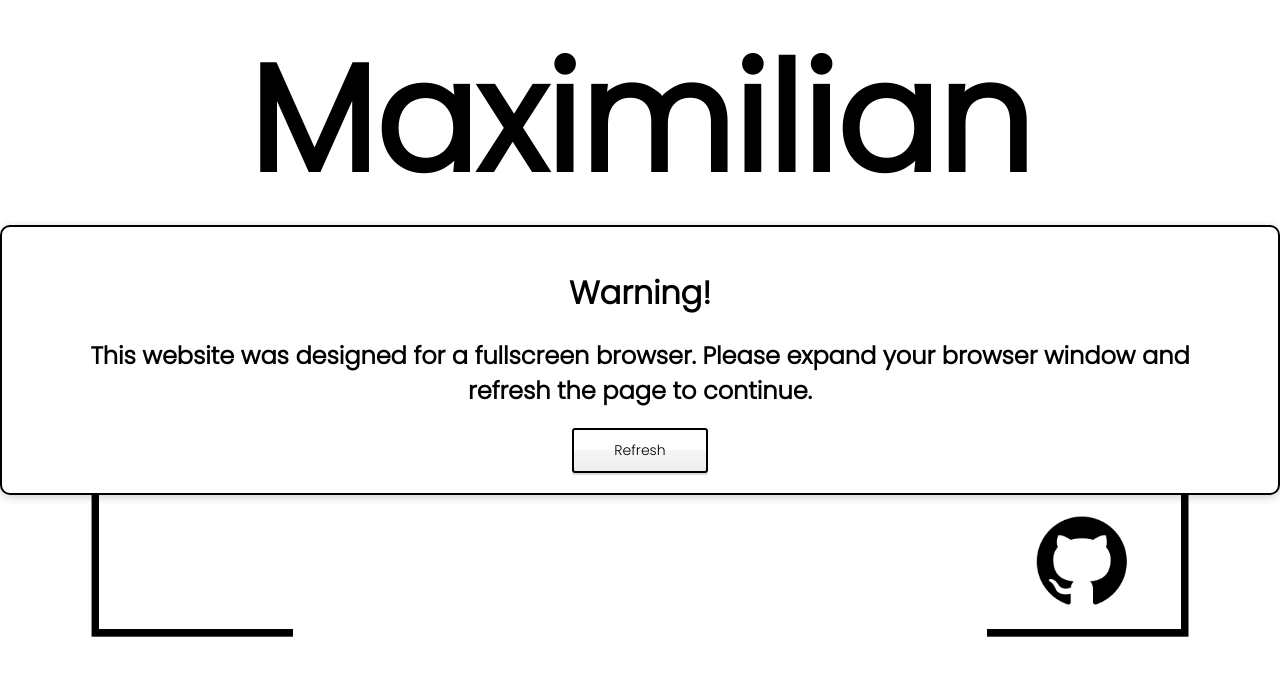
Repository: notMaximilian/maximilianaquino.github.io
Page: index.html
These files come from the project's save history. The page is drawn as it stood at one moment and after the next save; the edit follows.
The browser window is 1280 px wide. The pictures show the whole page.

Above is the page before, as saved 2022-02-04 10:27:13.
Console error: TypeError: Cannot read properties of null (reading 'style')

### index.html
<!DOCTYPE html>
<html lang="en">

<head>
  <meta charset="UTF-8">
  <meta name="viewport" content="width=device-width, initial-scale=1, user-scaleable=no">
  <title>Max Aquino</title>
  <link rel="preconnect" href="https://fonts.googleapis.com">
  <link rel="preconnect" href="https://fonts.gstatic.com" crossorigin>
  <link href="https://fonts.googleapis.com/css2?family=Poppins:wght@300&display=swap" rel="stylesheet">
  <link rel="stylesheet" href="css/main.css">
</head>

<body>

  <div class="intro">
    <h1 class="name-header">
      <span class="name">Max</span><span class="name">imilian</span>
    </h1>
  </div>


  </div>


  <div class="wrap">
    <div class="game-wrapper">
      <div class="game"></div>

      <h1 id="max">Maximilian</h1>
      <img class="icon" id="twitter" src="img/twitter.png">
      <img class="icon" id="github" src="img/github.png">
      <img class="corners" id="cornerL" src="img/corner-test.png">
      <img class="corners" id="cornerR" src="img/cornerR.png">


      <div class="congratulations">
        <h1>Warning!</h1>
        <h2>This website was designed for a fullscreen browser. Please expand your browser window and refresh the page to continue. </h2>
        <button class="btn" onclick="window.location.reload()">Refresh</button>
      </div>
      <div class="game-over">
        <h1>GAME OVER</h1>
        <h2>You lost the game</h2>
        <button class="btn" onclick="window.location.reload()">Restart</button>
      </div>
    </div>
  </div>

  <!-- Maximilian Fade in and out -->


  <script src="js/app.js"></script>
  <!-- <script src="js/game.js"></script> -->
</body>

</html>

### css/main.css
html,
body {
  height: 100%;
  overflow: hidden;
}

body {
  margin: 0;
  font: 16px sans-serif;
}

.wrap {
  display: flex;
  flex-direction: column;
  height: 100%;
}


.game-wrapper {
  flex: 1;
  display: flex;
  justify-content: center;
  align-items: center;
  background: #ffffff;
}
.game {
  width: 100%;
  height: 100%;

  box-shadow: 0 2px 10px black;
  position: absolute;
}

@keyframes scroll-background {
  from {
    background-position-y: 0px;
  }
  to {
    background-position-y: 256px;
  }
}

.game .enemy {
  position: absolute;
  margin-left: -20px;
  margin-top: -18px;
  width: 40px;
}

.game .player {
  position: absolute;
  margin-left: -20px;
  width: 40px;
}

.game .laser {
  position: absolute;
  margin-left: -2.5px;
  height: 30px;
}

.game .enemy-laser {
  position: absolute;
  margin-left: -2.5px;
  height: 30px;
}

.congratulations {
  display: none;
  position: absolute;
  background: #ffffff;
  color: black;
  padding: 20px 50px;
  box-shadow: 0 2px 10px rgba(0, 0, 0, 0.2);
  border: 2px solid black;
  border-radius: 10px;
  text-align: center;
  animation: pop-in 1s;
  font-family: "Poppins", sans-serif;
}

.game-over {
  display: none;
  position: absolute;
  background: #6b1818;
  color: white;
  padding: 20px 50px;
  box-shadow: 0 2px 10px rgba(0, 0, 0, 0.2);
  border-radius: 10px;
  text-align: center;
  animation: pop-in 1s;
}

.btn {
  border: 2px solid black;
  border-radius: 3px;
  box-shadow: 0 2px rgba(0, 0, 0, 0.15);
  background: linear-gradient(
    to bottom,
    #fff 0%,
    #fff 49%,
    #f5f5f5 50%,
    #eee 100%
  );
  padding: 10px 40px;
  font-family: "Poppins", sans-serif;
  font-size: 14px;
}
@keyframes pop-in {
  0% {
    opacity: 0;
    transform: translate(0, -100px);
  }
  10% {
    opacity: 1;
  }
  50% {
    transform: translate(0, 30px);
  }
  100% {
    transform: translate(0, 0);
  }
}

.intro{
  position: fixed;
  z-index: 1;
  left: 0;
  top: 0;
  width: 100%;
  height: 100vh;
  background-color: black;
  transition: 1s;
}

.name-header{
  position: absolute;
  top: 40%;
  left: 50%;
  transform: translate(-50%, -50%);
  color: #ffffff;
}

.intro h1{
  font-family: "Poppins", sans-serif;
  font-size: 80px;
  margin: 0;
  padding: 0;
}

.name{
  position: relative;
  display: inline-block;
  bottom: -20px;
  opacity: 0;
}

.name.active{
  bottom: 0;
  opacity: 1;
  transition: ease-in-out 0.5s;
}

.name.fade{
  bottom: 150px;
  opacity: 0;
  transition: ease-in-out 0.5s;
}

.corners{
  position: absolute;
  width: 16vw;
}

#cornerL{
  transform: translate(-35vw, 23vh);
}
#cornerR{
  transform: translate(35vw, 23vh);
}
#max{
  position: absolute;
  top:-13vh;
  font-family: "Poppins", sans-serif;
  font-size: 150px;
}

#github{
  width: 7vw;
  transform: translate(31vw, 28vh);
}
#twitter{
  width: 7vw;
}

### js/app.js
const KEY_CODE_LEFT = 37;
const KEY_CODE_RIGHT = 39;
const KEY_CODE_SPACE = 32;
let inverted = false;
const WINDOW_WIDTH = window.innerWidth - 50;
const WINDOW_HEIGHT = window.innerHeight;

const ROCKET_WIDTH = 20;
const ROCKET_MAX_SPEED = 300.0;
const LASER_MAX_SPEED = 600.0;
const LASER_COOLDOWN = 0.5;
let rocketSpawn = false;
const HEADERS_PER_ROW = 10;
const HEADER_HORIZONTAL_PADDING = 80;
const HEADER_VERTICAL_PADDING = 70;
const HEADER_VERTICAL_SPACING = 80;
const HEADER_COOLDOWN = 5.0;


const WINDOW_STATE = {
    lastTime: Date.now(),
    leftPressed: false,
    rightPressed: false,
    spacePressed: false,
    rocketX: WINDOW_WIDTH / 2,
    rocketY: WINDOW_HEIGHT - 300,
    rocketCooldown: 0,
    lasers: [],
    headers: [],
    headerLasers: [],
    fullscreen: false
  };

function setSize($element, width){
    $element.style.width = `${width}vw`;
    $element.style.height = "auto";
  }

function setPosition(el, x, y) {
    if(el == null){console.log('NULL')
    return;}
    el.style.transform = `translate(${x}px, ${y}px)`;
}

function setHeaderPosition(el, x, y) {
  if(el == null){console.log('NULL')
  return;}
  el.style.transform = `translate(${x}vw, ${y}vh)`;
}

// create user controlled rocket for selecting header elements
function createRocket($container) {
    rocketSpawn = true;
    const $rocket = document.createElement("img");
    if(inverted == true){$rocket.src = "img/rocket-inverted.png";}
    else{$rocket.src = "img/rocket.png";}
    $rocket.className = "rocket";
    if (WINDOW_WIDTH + 50 == 1920){
      setSize($rocket,9)
    }
    else{
      setSize($rocket, 7)
    }

    WINDOW_STATE.rocketY = 440;
    $container.appendChild($rocket);
}

function destroyRocket($container, rocket) {
    rocketSpawn = false;
    $container.removeChild(rocket);
    WINDOW_STATE.finalState = true;
    const audio = new Audio("sound/sfx-lose.ogg");
    audio.play();
}

function sleep(milliseconds) {
  var start = new Date().getTime();
  for (var i = 0; i < 1e7; i++) {
    if ((new Date().getTime() - start) > milliseconds){
      break;
    }
  }
}


function rectsIntersect(r1, r2) {
    return !(
        r2.left > r1.right ||
        r2.right < r1.left ||
        r2.top > r1.bottom ||
        r2.bottom < r1.top
    );
}



function clamp(v, min, max) {
    if (v < min) {
      return min;
    } else if (v > max) {
      return max;
    } else {
      return v;
    }
}

function rand(min, max) {
    // if (min === undefined) min = 0;
    // if (max === undefined) max = 1;
    // return min + Math.random() * (max - min);
  }

  function updateRocket(dt, $container) {
    if (WINDOW_STATE.leftPressed) {
      WINDOW_STATE.rocketX -= dt * ROCKET_MAX_SPEED;
    }
    if (WINDOW_STATE.rightPressed) {
      WINDOW_STATE.rocketX += dt * ROCKET_MAX_SPEED;
    }



    WINDOW_STATE.rocketX = clamp(
      WINDOW_STATE.rocketX,
      ROCKET_WIDTH,
      WINDOW_WIDTH - ROCKET_WIDTH
    );


    if (WINDOW_STATE.spacePressed && WINDOW_STATE.rocketCooldown <= 0) {
      createLaser($container, WINDOW_STATE.rocketX - 79,  WINDOW_STATE.rocketY-20);
      console.log(WINDOW_STATE.rocketX)
      WINDOW_STATE.rocketCooldown = LASER_COOLDOWN;
    }
    if (WINDOW_STATE.rocketCooldown > 0) {
      WINDOW_STATE.rocketCooldown -= dt;
    }

    const rocket = document.querySelector(".rocket");
    if(rocket == null){return;}
    setPosition(rocket, WINDOW_STATE.rocketX, WINDOW_STATE.rocketY + 200);
  }

  function createLaser($container, x, y) {
    if(rocketSpawn == false) {return;}
    const $element = document.createElement("img");
    console.log($element)
    if(inverted == true){$element.src="img/laser-inverted.png"}
    else{$element.src = "img/laser.png";}
    $element.className = "laser";
    $element.style.position = "absolute"
    $container.appendChild($element);
    const laser = { x, y, $element };
    WINDOW_STATE.lasers.push(laser);
    const audio = new Audio("sound/sfx-laser1.ogg");
    audio.play();
    setPosition($element, x, y);
  }

  function destroyHeader($container, header) {
    $container.removeChild(header.$element);
    header.isDead = true;
  }

  function destroyAll($container){
    const background = document.querySelector(".game-wrapper");
    background.style.background = 'white';
    const headers = WINDOW_STATE.headers;
    for (let x = 0; x < headers.length; x++){
      let head = headers[x];
      if (head.dead == true){continue}
      head.$element.style.opacity = 0;
      head.$element.style.transition = 'ease-in-out 0.5s';
      destroyHeader($container, head)
    }
    // destroyLaser($container, laser);
    const rocket = document.querySelector('.rocket')
    rocket.style.opacity = 0;
    rocket.style.transition = 'ease-in-out 0.5s'
    destroyRocket($container, rocket)
    WINDOW_STATE.lasers = WINDOW_STATE.lasers.filter(e => !e.isDead);
  }

  function updateLasers(dt, $container) {
    if(rocketSpawn == false) {return;}
    const lasers = WINDOW_STATE.lasers;
    for (let i = 0; i < lasers.length; i++) {
      const laser = lasers[i];
      laser.y -= dt * LASER_MAX_SPEED;
      if (laser.y < 0) {
        destroyLaser($container, laser);
      }
      setPosition(laser.$element, laser.x, laser.y);
      const r1 = laser.$element.getBoundingClientRect();
      const headers = WINDOW_STATE.headers;
      for (let j = 0; j < headers.length; j++) {
        const header = headers[j];
        if (header.isDead) continue;
        const r2 = header.$element.getBoundingClientRect();
        if (rectsIntersect(r1, r2)) {
          if (header.name == 'more' || header.name == 'back'){

              for (let x = 0; x < headers.length; x++){
              let head = headers[x];
              if (head.dead == true){continue}
              head.$element.style.opacity = 0;
              head.$element.style.transition = 'ease-in-out 0.5s';
              destroyHeader($container, head)
            }
            destroyLaser($container, laser);

            const rocket = document.querySelector('.rocket')
            rocket.style.opacity = 0;
            rocket.style.transition = 'ease-in-out 0.5s'
            destroyRocket($container, rocket)

            console.log(inverted)
            if(inverted == false){
              setTimeout(()=>{
                initInvert($container)
              },10)
            }
            else{
              setTimeout(()=>{
                init()
              },10)
            }
            WINDOW_STATE.lasers = WINDOW_STATE.lasers.filter(e => !e.isDead);
            return;
          }
        if (header.name == 'project'){
          WINDOW_STATE.fullscreen = false;
        }
          destroyHeader($container, header);

          break;
        }
      }
    }
    WINDOW_STATE.lasers = WINDOW_STATE.lasers.filter(e => !e.isDead);
  }

function destroyLaser($container, laser) {
    console.log('attempting to destroy')
    $container.removeChild(laser.$element);
    laser.isDead = true;
}

function createHeader($container, name, x, y, i, size) {

    let $element = document.createElement("img");
    let img = i;
    $element.src = img;
    $element.className = "header";
    $element.style.position = "absolute";
    setHeaderPosition($element, x, y);
    setSize($element, size)
    $element.style.transition = "all .2s ease-in-out";


    let header = {
        x,
        y,
        cooldown: rand(0.5, HEADER_COOLDOWN),
        $element,
        name,
        dead: false
    };

    // header.$element.addEventListener('mouseenter', ()=>{
    //   if (name == "about"){
    //     $element.style.width = "450px";
    //   }
    //   else if(name == "skills"){
    //     $element.style.width = "230px"
    //   }
    //   else if(name == "project"){
    //     $element.style.width = "350px"
    //   }
    //   else if(name == "more"){
    //     $element.style.width = "250px"
    //   }
    // })

    // header.$element.addEventListener('mouseleave', ()=>{
    //   if (name == "about"){
    //     $element.style.width = "400px"
    //   }
    //   else if(name == "skills"){
    //     $element.style.width = "180px"
    //   }
    //   else if(name == "project"){
    //     $element.style.width = "300px"
    //   }
    //   else if(name == "more"){
    //     $element.style.width = "200px"
    //   }

    // })

    $container.appendChild($element);
    WINDOW_STATE.headers.push(header);
  }

  function updateHeaders(dt, $container) {
    const dx = Math.sin(WINDOW_STATE.lastTime / 1000.0) * 50;
    const dy = Math.cos(WINDOW_STATE.lastTime / 1000.0) * 10;

    const headers = WINDOW_STATE.headers;
    for (let i = 0; i < headers.length; i++) {
      const header = headers[i];
      const x = header.x + dx;
      const y = header.y + dy;
    //   setPosition(header.$element, x, y);
      header.cooldown -= dt;
      if (header.cooldown <= 0) {
        createHeaderLaser($container, x, y);
        header.cooldown = HEADER_COOLDOWN;
      }
    }
    WINDOW_STATE.headers = WINDOW_STATE.headers.filter(e => !e.isDead);
  }



  function createHeaderLaser($container, x, y) {
    const $element = document.createElement("img");
    $element.src = "img/laser-red-5.png";
    $element.className = "header-laser";
    $container.appendChild($element);
    const laser = { x, y, $element };
    WINDOW_STATE.headerLasers.push(laser);
    setPosition($element, x, y);
  }

  function updateheaderLasers(dt, $container) {
    const lasers = WINDOW_STATE.headerLasers;
    for (let i = 0; i < lasers.length; i++) {
      const laser = lasers[i];
      laser.y += dt * LASER_MAX_SPEED;
      if (laser.y > WINDOW_HEIGHT) {
        destroyLaser($container, laser);
      }
      setPosition(laser.$element, laser.x, laser.y);
      const r1 = laser.$element.getBoundingClientRect();
      const rocket = document.querySelector(".rocket");
      const r2 = rocket.getBoundingClientRect();
      if (rectsIntersect(r1, r2)) {
        // Rocket was hit
        destroyRocket($container, rocket);
        break;
      }
    }
    WINDOW_STATE.headerLasers = WINDOW_STATE.headerLasers.filter(e => !e.isDead);
  }

  function init() {
    document.body.style.zoom = (window.innerWidth / window.outerWidth)
    inverted = false;
    const width = WINDOW_WIDTH + 50;
    const background = document.querySelector(".game-wrapper");
    console.log(width);
    if (width >= 1920){
      // background.style.backgroundImage = "url('img/background-white.png')";
      WINDOW_STATE.fullscreen = true;
    }
    else if (width == 1366){
      // background.style.backgroundImage = "url('img/background-white-1366x768.png')";
      WINDOW_STATE.fullscreen = true;
    }
    else{
      WINDOW_STATE.fullscreen == false
      document.querySelector(".congratulations").style.display = "block";
      return;
    }


    const $container = document.querySelector(".game");
    createRocket($container);
    createHeader($container, 'project', 10 -2.5, 20 , 'img/card2.png', 17);
    createHeader($container, 'about', 30 -2.5, 18, 'img/card1.png', 23);
    createHeader($container, 'skills', 56 -2.5, 19.5, 'img/card5.png', 10);
    createHeader($container, 'more', 70 -2.5, 19.5, 'img/card4.png', 10);
  }

  function initInvert($container,x ,y){
    inverted = true;
    const background = document.querySelector(".game-wrapper");
    const width = WINDOW_WIDTH + 50;
    console.log(width)
    if (width >= 1920){
      background.style.backgroundImage = "url('img/background-black.png')";
      WINDOW_STATE.fullscreen = true;
    }
    else if (width == 1366){
      background.style.backgroundImage = "url('img/background-black-1366x768.png')";
      WINDOW_STATE.fullscreen = true;
    }
    else{
      WINDOW_STATE.fullscreen == false
      document.querySelector(".congratulations").style.display = "block";
      return;
    }
    createRocket($container);
    createHeader($container, '2', 10 -2.5, 20 , 'img/inverted-card2.png', 17);
    createHeader($container, '1', 30 -2.5, 18 , 'img/inverted-card1.png', 23);
    createHeader($container, '3', 56 -2.5, 19.5 , 'img/inverted-card5.png', 10);
    createHeader($container, 'back', 70 -2.5, 19.5, 'img/inverted-card4.png', 10);
  }


  function rocketHasWon() {
    // return WINDOW_STATE.headers.length === 0;
  }


  function update(e) {
    const currentTime = Date.now();
    const $container = document.querySelector(".game");

    const dt = (currentTime - WINDOW_STATE.lastTime) / 1000.0;

    if (WINDOW_STATE.fullscreen == false) {
      destroyAll($container)
      // document.querySelector(".congratulations").style.display = "block";

      return;
    }

    // if (rocketHasWon()) {
    //   document.querySelector(".congratulations").style.display = "block";

    //   return;
    // }


    updateRocket(dt, $container);
    updateLasers(dt, $container);
    updateHeaders(dt, $container);
    updateheaderLasers(dt, $container);

    WINDOW_STATE.lastTime = currentTime;
    window.requestAnimationFrame(update);
  }

  function onKeyDown(e) {
    if (e.keyCode === KEY_CODE_LEFT ) {
      WINDOW_STATE.leftPressed = true;
    } else if (e.keyCode === KEY_CODE_RIGHT) {
      WINDOW_STATE.rightPressed = true;
    } else if (e.keyCode === KEY_CODE_SPACE) {
      WINDOW_STATE.spacePressed = true;
    }
  }

  function onKeyUp(e) {
    if (e.keyCode === KEY_CODE_LEFT) {
      WINDOW_STATE.leftPressed = false;
    } else if (e.keyCode === KEY_CODE_RIGHT) {
      WINDOW_STATE.rightPressed = false;
    } else if (e.keyCode === KEY_CODE_SPACE) {
      WINDOW_STATE.spacePressed = false;
    }
  }


intro = document.querySelector('.intro')
let name = document.querySelector('.name-header')
let logoSpan = document.querySelectorAll('.name')

 window.addEventListener('DOMContentLoaded', () =>{

    setTimeout(()=>{
        logoSpan.forEach((span, idx)=>{
            setTimeout(()=>{
                span.classList.add('active')
            }, (idx + 1) * 400)
        })


        setTimeout(()=>{
            logoSpan.forEach((span, idx)=>{
                setTimeout(()=>{
                    span.classList.remove('active')
                    span.classList.add('fade')
                }, (idx + 1) * 400)
            })
        },2000)

        setTimeout(()=>{
            intro.style.top = '-100vh';
            window.addEventListener("keydown", onKeyDown);
            window.addEventListener("keyup", onKeyUp);
            window.requestAnimationFrame(update);
            init();
        }, 2300)

    })
 })

After the next save:
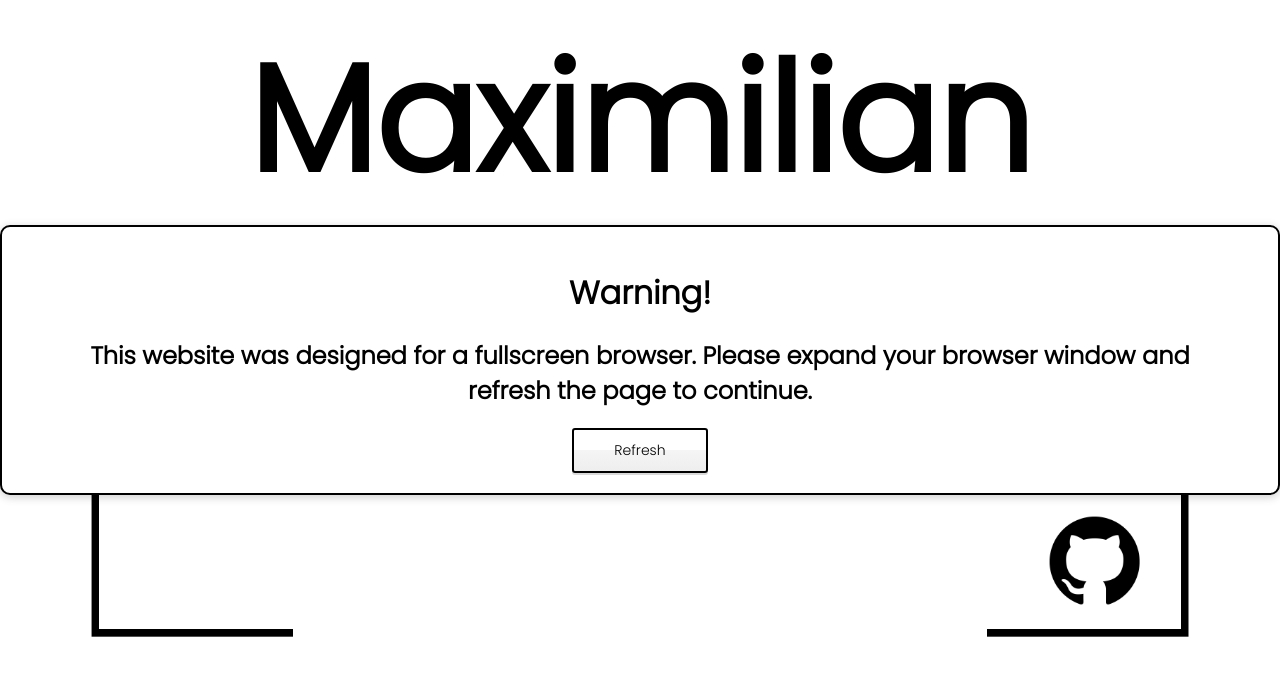
Saved 12 s later.
--- a/css/main.css
+++ b/css/main.css
@@ -187,7 +187,7 @@ body {
 
 #github{
   width: 7vw;
-  transform: translate(31vw, 28vh);
+  transform: translate(32vw, 28vh);
 }
 #twitter{
   width: 7vw;
